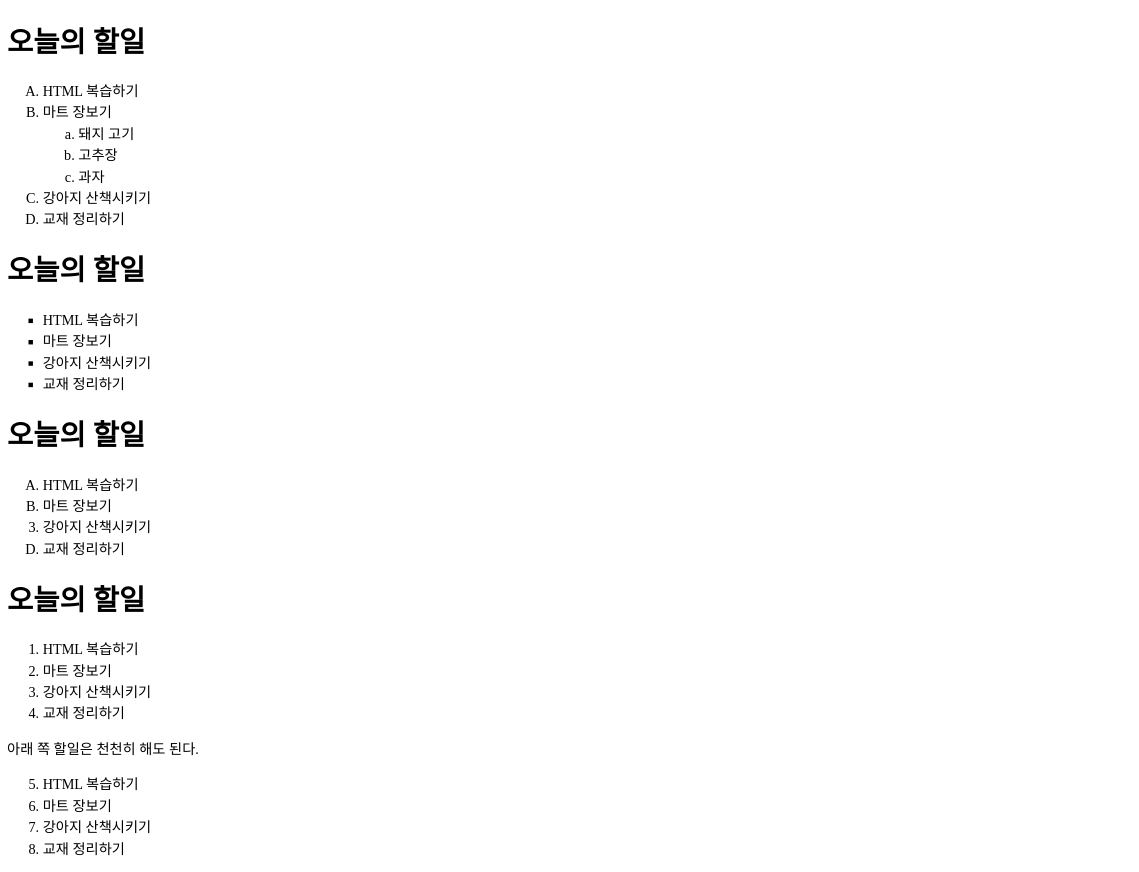
Repository: Chun0903/classStudy_github.io
Page: client/ClientTest/WebContent/ex10_list.html
An editor plug-in stored every save of this project. The page is shown before and after the next save, followed by the edit.
The browser window is 1280 px wide. The pictures show the whole page, at 89% of full size.

Above is the page before, as saved 2020-06-19 01:29:57.

After the next save:
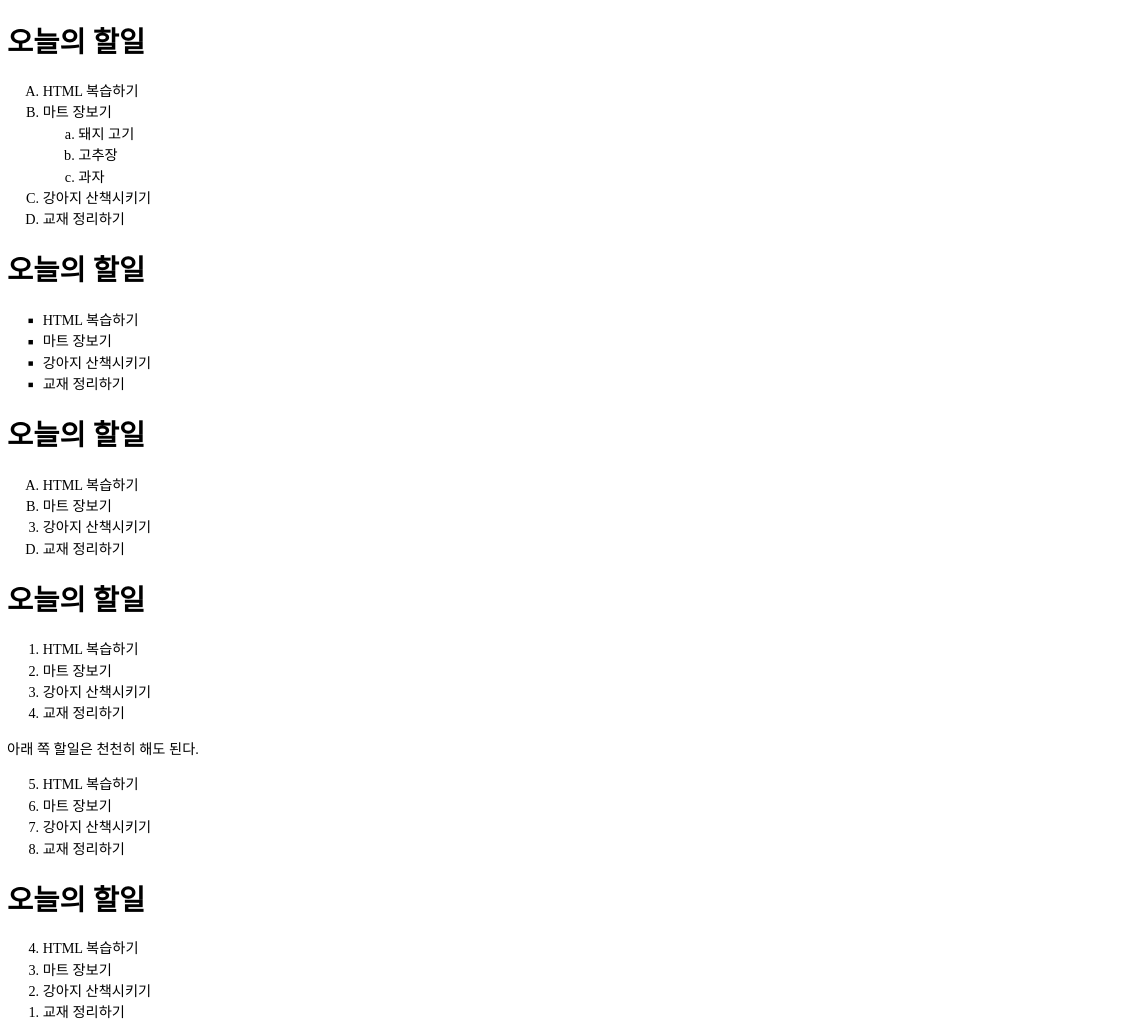
Saved 48 s later.
--- a/client/ClientTest/WebContent/ex10_list.html
+++ b/client/ClientTest/WebContent/ex10_list.html
@@ -60,6 +60,7 @@
 		<li>교재 정리하기</li>
 	</ol>
 
+
 	<h1>오늘의 할일</h1>
 
 	<ol>
@@ -79,6 +80,17 @@
 	</ol>
 
 
+	<h1>오늘의 할일</h1>
+
+	<ol reversed>
+		<li>HTML 복습하기</li>
+		<li>마트 장보기</li>
+		<li>강아지 산책시키기</li>
+		<li>교재 정리하기</li>
+	</ol>
+
+
+
 
 
 
